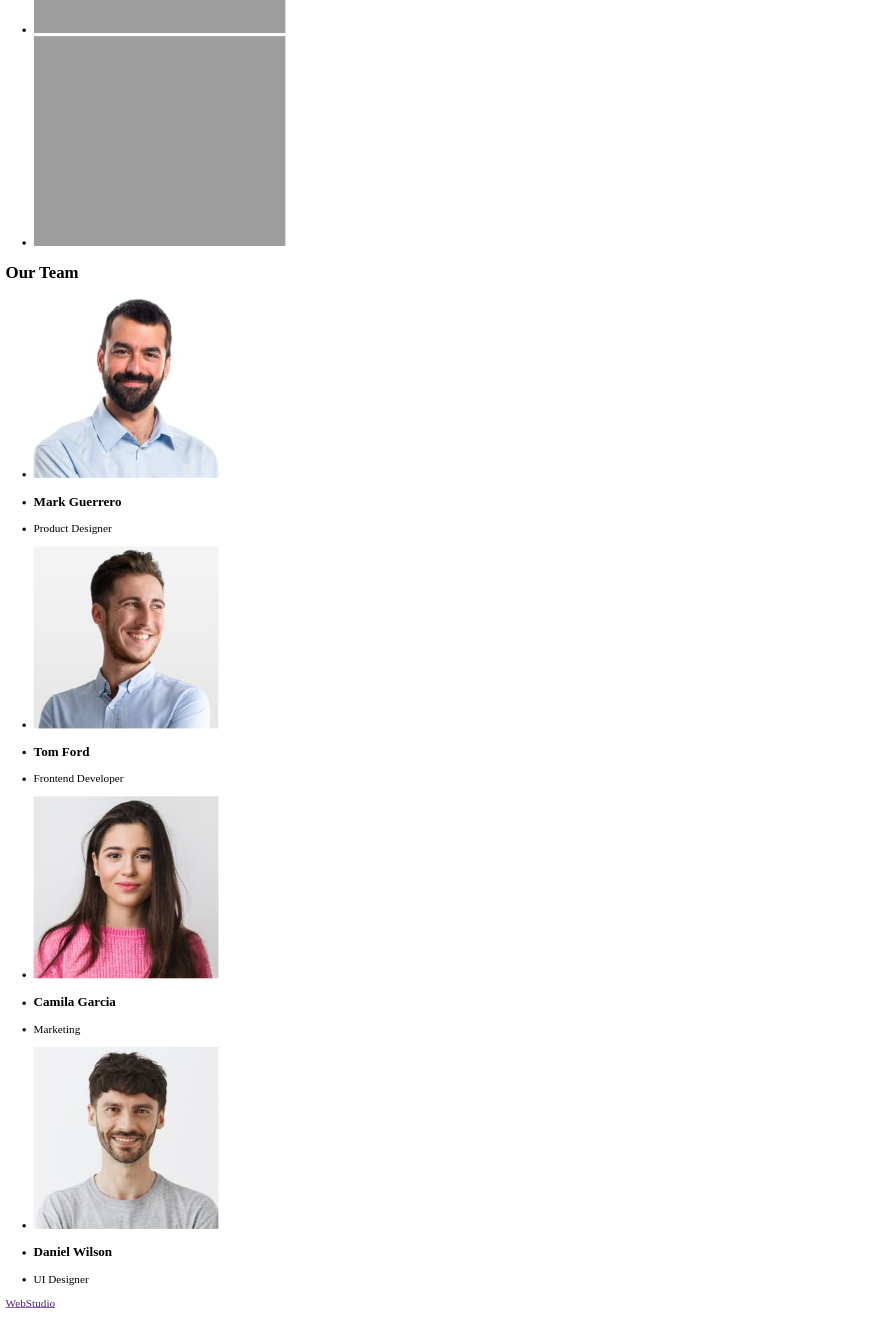
Repository: GrishchenkoNataliya/goit-markup-hw-02
Page: index.html
These files come from the project's save history. The page is drawn as it stood at one moment and after the next save; the edit follows.
The browser window is 1280 px wide. The pictures show the part of the page from y = 1172 to 3092 px (the page is 3058 px tall before and 3092 px after), at 70% of full size.
Pictures or frames that could not be fetched are drawn as grey boxes.

Above is the page before, as saved 2023-02-26 00:17:45.

After the next save:
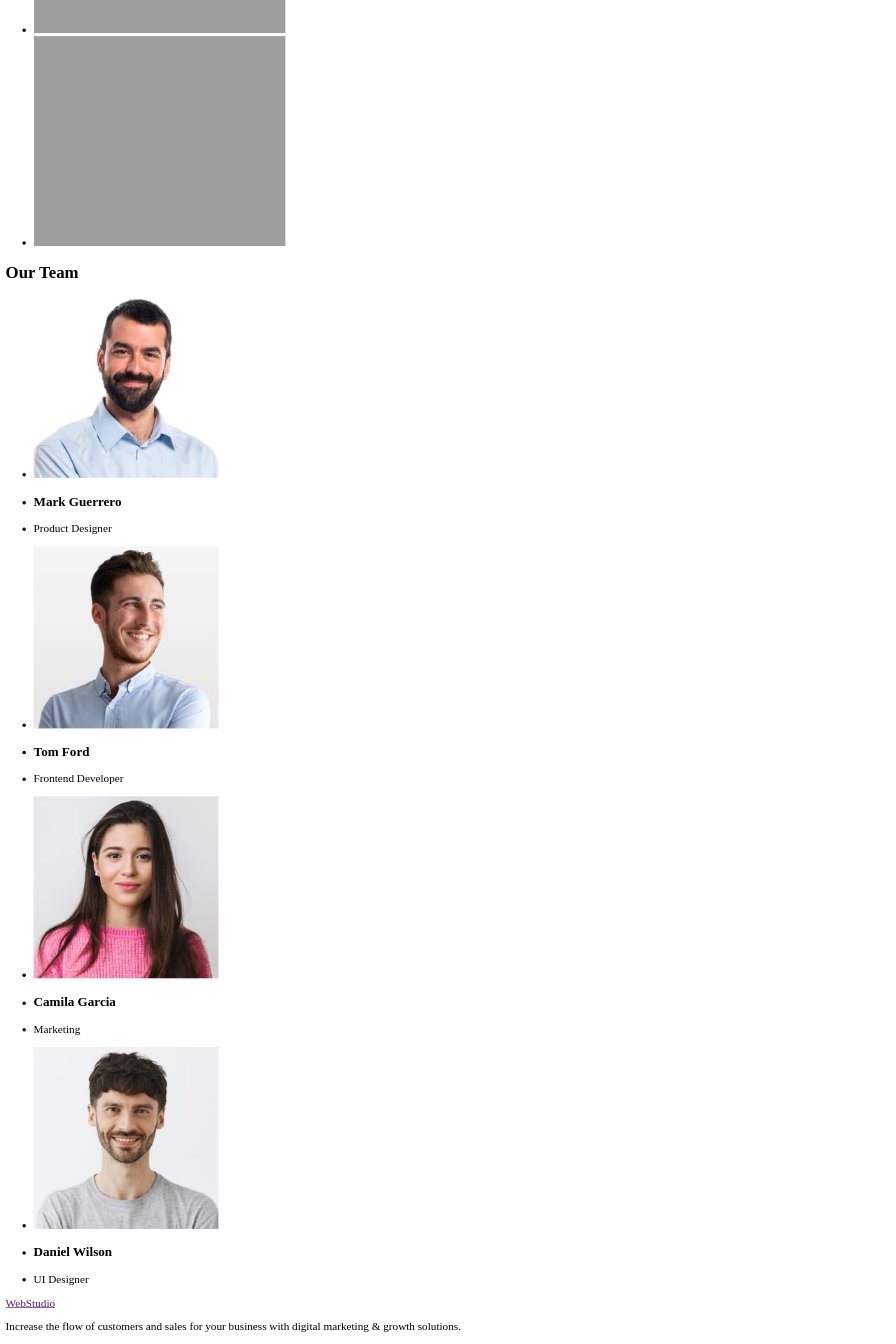
Saved 46 s later.
--- a/index.html
+++ b/index.html
@@ -129,7 +129,10 @@
                 alt="site logo2"
             /></a> -->
       </p>
-      <p></p>
+      <p>
+        Increase the flow of customers and sales for your business with digital
+        marketing & growth solutions.
+      </p>
     </footer>
   </body>
 </html>
